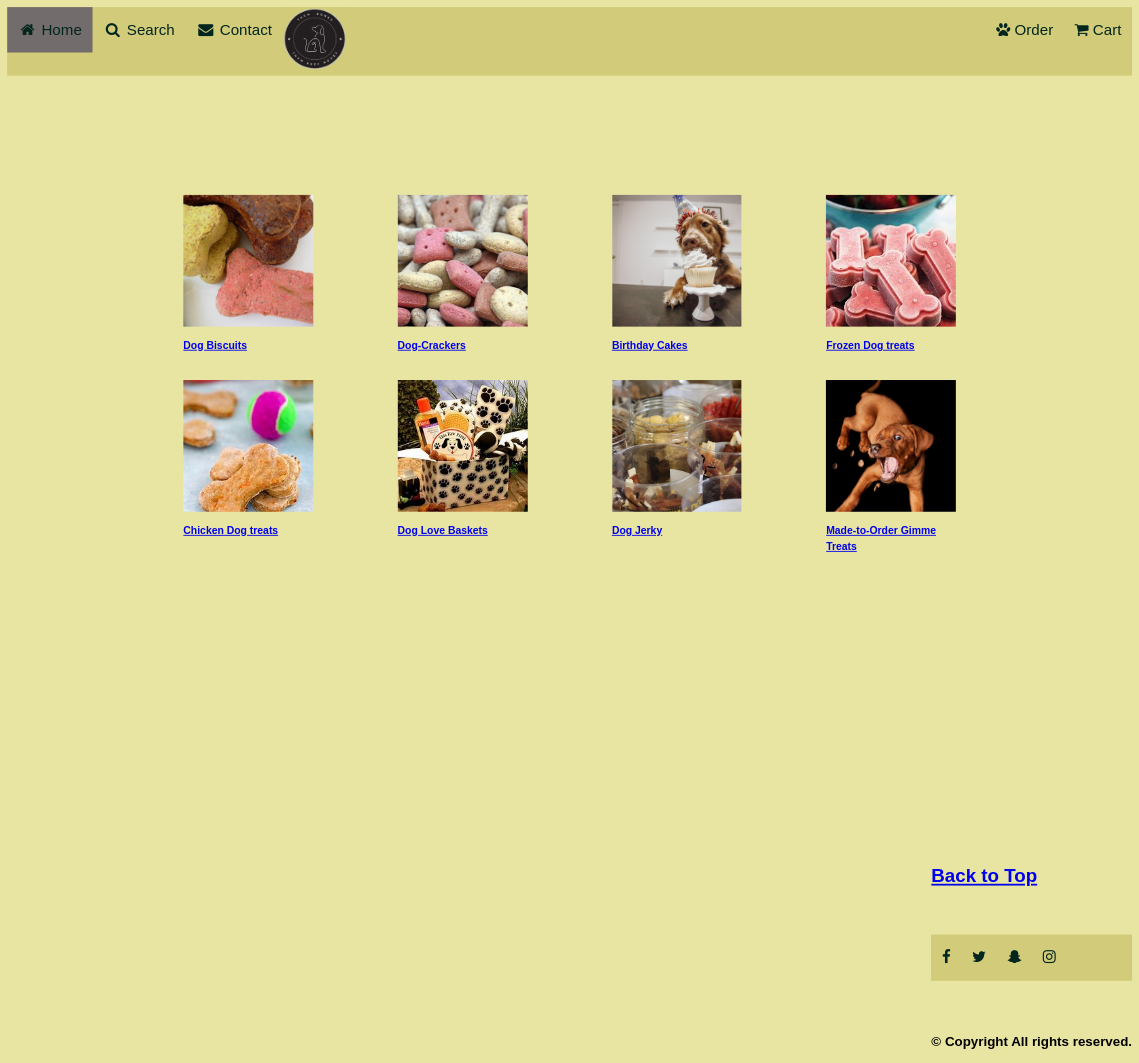
Repository: vgoins-RA2022/HTML-1
Page: index.html
An editor plug-in stored every save of this project. The page is shown before and after the next save, followed by the edit.
The browser window is 1280 px wide. The pictures show the whole page, at 89% of full size.

Above is the page before, as saved 2023-01-21 19:31:42.

### index.html
<!DOCTYPE html>
<html lang="en">

<head>
  <meta charset="UTF-8">
  <meta name="viewport" content="width=device-width, initial-scale=1">
  <link rel="stylesheet" href="https://cdnjs.cloudflare.com/ajax/libs/font-awesome/4.7.0/css/font-awesome.min.css">
  <link rel="stylesheet" href="../HTML-1/src/css/Style.css" type="text/css">
  <title>Simple HTML Assignment 1</title>
</head>

<header>
    <!-- setup top navigator bar. position logo, home and contact navators on the left-->
    <div class="navbar" float: left>
      <img src="src/img/them-bones-logo.png" alt="them-bones-logo" class="logo" >
      <a class="active" href="#"><i class="fa fa-fw fa-home"></i> Home</a>
      <a href="#"><i class="fa fa-fw fa-search"></i> Search</a>
      <a href="#"><i class="fa fa-fw fa-envelope"></i> Contact</a>
      <!-- position order and cart navigators on the right -->
    <div class="right"><a href="#"><i class="fa fa-paw" aria-hidden="true"></i> Order</a>
    <div class="right"><a href="#"><i class="fa fa-shopping-cart" aria-hidden="true"></i> Cart</a>
    </div>
  </header>

<body>
  <div class="container">
     <!-- set of store gallery of self-contained items enclosed in the figure tags  -->
    <div class="gallery">

      <figure class="gallery__item gallery__item--1">
            <img src="src/img/animal-dog- biscuits.jpg" alt="animal-dog-biscuits" class="gallery__img" >
              <h3 class= image-text>
                <h3><a href="#">Dog Biscuits</a></h3>
              </h3>
        </figure>
        <figure class="gallery__item gallery__item--2">
            <img src="src/img/animal-dog- crackers.jpg" alt="animal-dog-crackers" class="gallery__img">
                <h3 class= image-text>
                  <h3><a href="#">Dog-Crackers</a></h3>
                </h3>

        </figure>
        <figure class="gallery__item gallery__item--3">
            <img src="src/img/dog-happy-birthday.jpg" alt="dog-happy-birthday" class="gallery__img">
              <h3 class= image-text></h3>
                <h3><a href="#">Birthday Cakes</a></h3>
               </h3>
        </figure>
        <figure class="gallery__item gallery__item--4">
            <img src="src/img/frozen-dog-treats.jpg" alt="frozen-dog-treats" class="gallery__img">
              <h3 class= image-text>
                 <h3><a href="#">Frozen Dog treats</a></h3>
              </h3>
        </figure>
        <figure class="gallery__item gallery__item--5">
            <img src="src/img/chicken-dog-treat.jpg" alt="chicken-dog-treats" class="gallery__img">
              <h3 class= image-text>
                <h3><a href="#">Chicken Dog treats</a></h3>
              </h3>
        </figure>
        <figure class="gallery__item gallery__item--6">
            <img src="src/img/doggy-love-basket.jpg" alt="doggy-love-basket" class="gallery__img">
            <h3 class= image-text>
            <h3><a href="#">Dog Love Baskets</a></h3>
            </h3>
        </figure>
        <figure class="gallery__item gallery__item--7">
            <img src="src/img/Dog-jerkey.png" alt="dog-jerky" class="gallery__img">
            <h3 class= image-text>
              <a href="#">Dog Jerky</a></h3>
            </h3>
        </figure>
        <figure class="gallery__item gallery__item--8">
          <img src="src/img/gimme-dog treats.jpg" alt="gimme-dog-treats" class="gallery__img">
          <h3 class= image-text>
            <a href="#">Made-to-Order Gimme Treats</a>
          </h3>
        </figure>

      </div>
  </div>

  <a href="#" class="button">
    <div class="right"><span class="label"><h3>Back to Top</h3></span>
  </a>
</body>

<footer>
  <!-- <div> id="footer"</div>  footer id attribute -->

  <!-- setup navigator bar in the footer of copywright and social media icons -->

    <div class="navbar" float: left>
    <!-- <div class="left"> -->

      <a href="#"><i class="fa fa-facebook"></i> </a>
      <a href="#"><i class="fa fa-twitter"></i> </a>
      <a href="#"><i class="fa fa-snapchat-ghost"></i> </a>
      <a href="#"><i class="fa fa-instagram"></i> </a>

    </div>
    <div right>
        <p class="copyright"> <h2>&copy; Copyright All rights reserved.</h2> </p>
    </div>

  </footer>
</html>

### src/css/Style.css

/* align navigation bar items */
.left-menu {
  grid-column: 1;
}
.right-menu {
  grid-column: -1;
}
/* format logo position, width and height */
.logo {
  grid-column: 3;
  grid-area: logo;
  place-self: center;
  width: 10vh;
  height: 10vh;
  justify-self: center;
  background-color:#d2cc7a;
}

/* style the navigation bar */
.navbar a {
float: left;
padding-top: 70px;
padding: 12px;
color: #02261d;
text-decoration: none;
font-size: 17px;
}
/* set the size of the images */
img {
  width: 400px;
  height: 80px;
}
/* change color of navigation item when cursor hovers */
.navbar a:hover {
background-color: #8e8c8c;
}
.active {
background-color: #736c6c;
}
.left {
  float: left;
}

.right {
  float: right;
 }

.navbar a {
    float: left;
    display: block;
}

.navbar {
    width: 100%;
    background-color: #d2cc7a;
    overflow: auto;
}

.logo img {
    display: inline-block;
    vertical-align: top;
    width: 50px;
    height: 50px;
    margin-right: 20px;
    margin-top: 15px;
}

html {
  box-sizing: border-box;
  font-size: 62.5%;
}

body {
  font-family: "Nunito", sans-serif;
  background-color: rgba(216, 212, 98, 0.585);
  font-weight: 300;
  line-height: 1.6;
}

.container {
  width: 75%;
  margin: 2rem auto;
}

.gallery {
  display: grid;
  grid-template-columns: repeat(8, 1fr);
  grid-template-rows: repeat(8, 5vw);
  grid-gap: 1.5rem;
  row-gap: 40px;
}

.gallery__img {
  width: 100%;
  height: 100%;
  object-fit: cover;
  display: block;
}

.image-txt {
  margin: 3%;
  position: absolute;
  top: 20px;
  left: 50px;
}
/* set length and position of store gallery items */
.gallery__item--1 {
  grid-column: 1 / span 2;
  grid-row: 2 / span 2;
}
.gallery__item--2 {
  grid-column: 3 / span 2;
  grid-row: 2 / span 2;
}
.gallery__item--3 {
  grid-column: 5 / span 2;
  grid-row: 2 / span 2;
}
.gallery__item--4 {
  grid-column: 7 / span 2;
  grid-row: 2 / span 2;
}
.gallery__item--5 {
  grid-column: 1 / span 2;
  grid-row: 4 / span 2;
}
.gallery__item--6 {
  grid-column: 3 / span 2;
  grid-row: 4 / span 2;
}
.gallery__item--7 {
  grid-column: 5 / span 2;
  grid-row: 4 / span 2;
}
.gallery__item--8 {
  grid-column: 7 / span 2;
  grid-row: 4 / span 2;
}
/* Style the button */
.button {
  outline: none;
  padding: 10px 16px;

  cursor: pointer;
  font-size: 18px;
}


.button:hover {
  background-color: #ddd;
}

.button.active {
  background-color: #666;
  color: white;
}

.navbar-footer {
  display: flex;
  justify-content: space-between;
}
.col-left {
  text-align: left;
}
.col-right {
  text-align: right;
}


.footer {
  background: #061D25;
  padding: 10px 0;
}
.footer a {
  color: #70726F;
  font-size: 20px;
  padding: 10px;
  border-right: 1px solid #70726F;
  transition: all .5s ease;
}
.flex-container {
  display: flex;
  background: #d2cc7a;
}

.copyright{
  text-align: center;
  padding-top: 24px;
  font-weight: 500;
  opacity: 0.8;
  font-size: 16px;
}
@media (max-width: 767px) {

    .h6{
      margin: 0 auto;
      text-align: center;
      margin-top: 10px;
      margin-bottom: 10px;
    }
    .ul{
      text-align: center;
    }
    .social{
        width: 100%;
        margin: 0 auto;
        text-align: center;
        padding: 40px;
        padding-bottom: 0px;
        border-top: 1px solid #eee;
        margin-top: 50px;
    }

  }

After the next save:
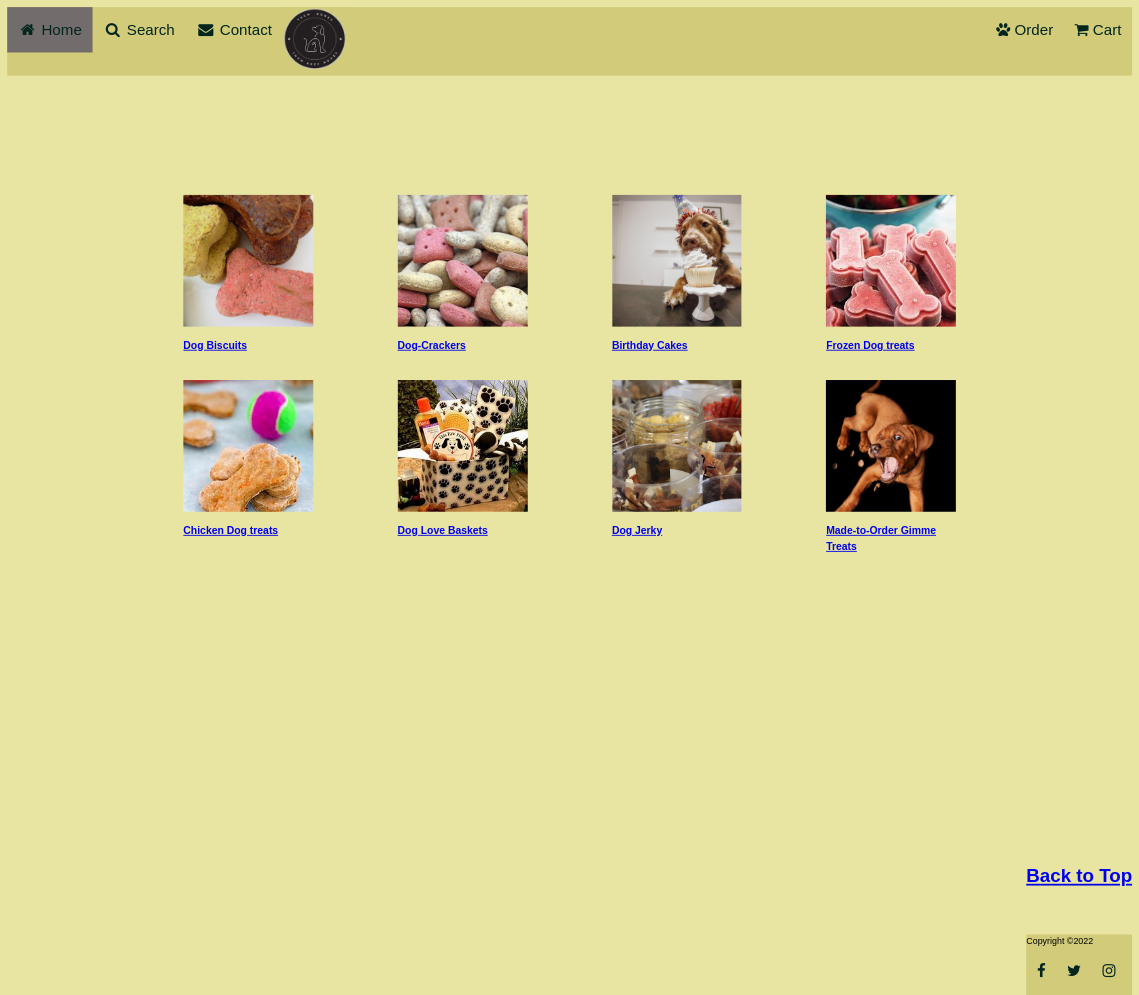
Saved 2 min 57 s later.
--- a/index.html
+++ b/index.html
@@ -90,18 +90,16 @@
 
   <!-- setup navigator bar in the footer of copywright and social media icons -->
 
-    <div class="navbar" float: left>
-    <!-- <div class="left"> -->
-
-      <a href="#"><i class="fa fa-facebook"></i> </a>
-      <a href="#"><i class="fa fa-twitter"></i> </a>
-      <a href="#"><i class="fa fa-snapchat-ghost"></i> </a>
-      <a href="#"><i class="fa fa-instagram"></i> </a>
-
+  <div class="navbar">
+    <div class="row">
+      <div class="col-left">Copyright ©2022</div>
+      <div class="col-right">
+        <a href="#"><i class="fa fa-facebook"></i></a>
+        <a href="#"><i class="fa fa-twitter"></i></a>
+        <a href="#"><i class="fa fa-instagram"></i></a>
+      </div>
     </div>
-    <div right>
-        <p class="copyright"> <h2>&copy; Copyright All rights reserved.</h2> </p>
-    </div>
+  </div>
 
   </footer>
 </html>
